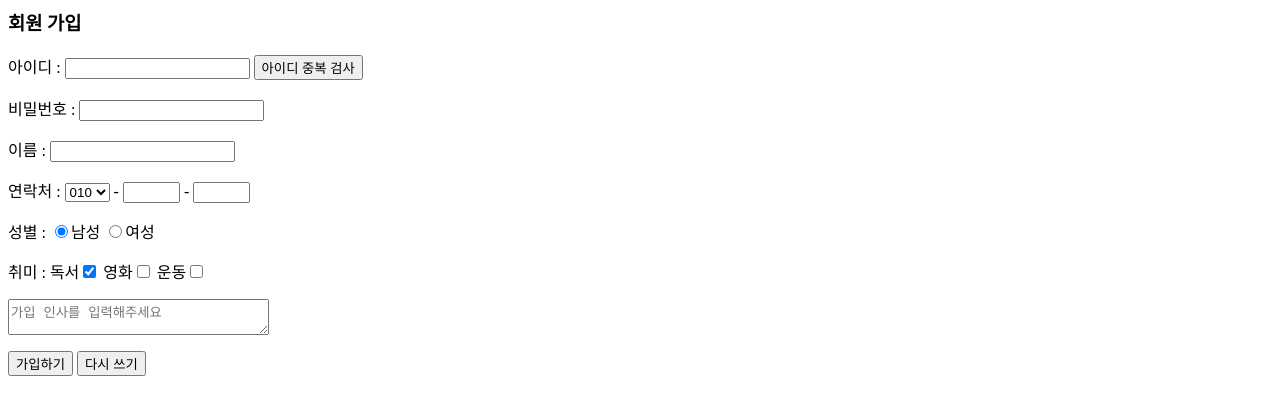
Repository: pojh5090/JspProgramming
Page: http://localhost/JSPBook/ch06/form5.jsp
The author's editor kept a copy of each file at every save. The page is drawn from the files as they stood at one save, then again after the next save.
The browser window is 1280 px wide. The pictures show the whole page.
The page is served by Tomcat 9.

Above is the page before, as saved 2020-04-12 08:20:16.

After the next save:
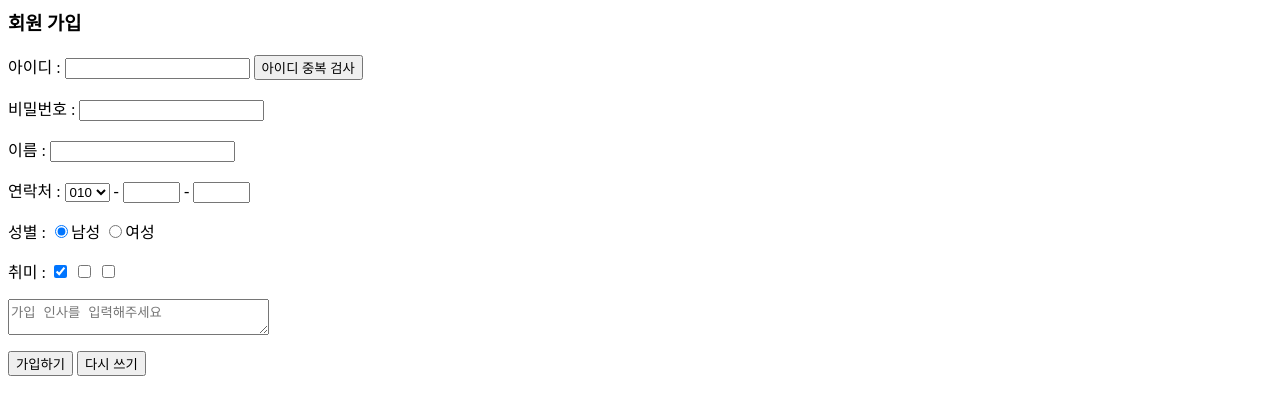
Saved 102 s later.
--- a/JSPBook/WebContent/ch06/form5.jsp
+++ b/JSPBook/WebContent/ch06/form5.jsp
@@ -21,9 +21,9 @@
 				 </select>
 				  - <input type="text" maxlength="4" size="4" name="phone2"> - <input type="text" maxlength="4" size="4" name="phone3">
 		 <p> 성별 : <input type="radio" name="sex" value="남성" checked>남성 <input type="radio" name="sex" value="여성">여성
-		 <p> 취미 : 독서<input type="checkbox" name="hobby1" checked>
-		 		    영화<input type="checkbox" name="hobby2">
-		 		   운동<input type="checkbox" name="hobby3">
+		 <p> 취미 : <input type="checkbox" name="hobby1" value="독서" checked>
+		 		  <input type="checkbox" name="hobby2" value="운동">
+		 		  <input type="checkbox" name="hobby3" value="영화">
 		 <p> <textarea name="comment" cols="30" row="10" placeholder="가입 인사를 입력해주세요"></textarea>
 		 <p> <input type="submit" value="가입하기">
 		 	 <input type="reset" value="다시 쓰기">
